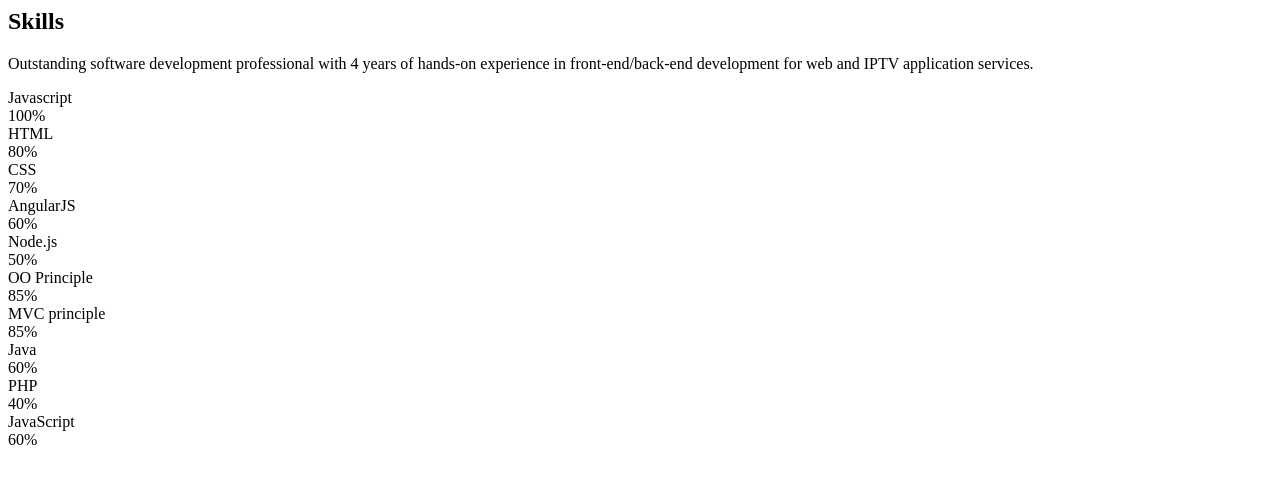
Repository: tulga1970/portfolio
Page: public/app/template/directive/resume/skill.html
The author's editor kept a record of every edit. The page is drawn from the files as they stood at one moment, then again after the next edit.
The browser window is 1280 px wide. The pictures show the whole page.

Above is the page before.

After the next edit:
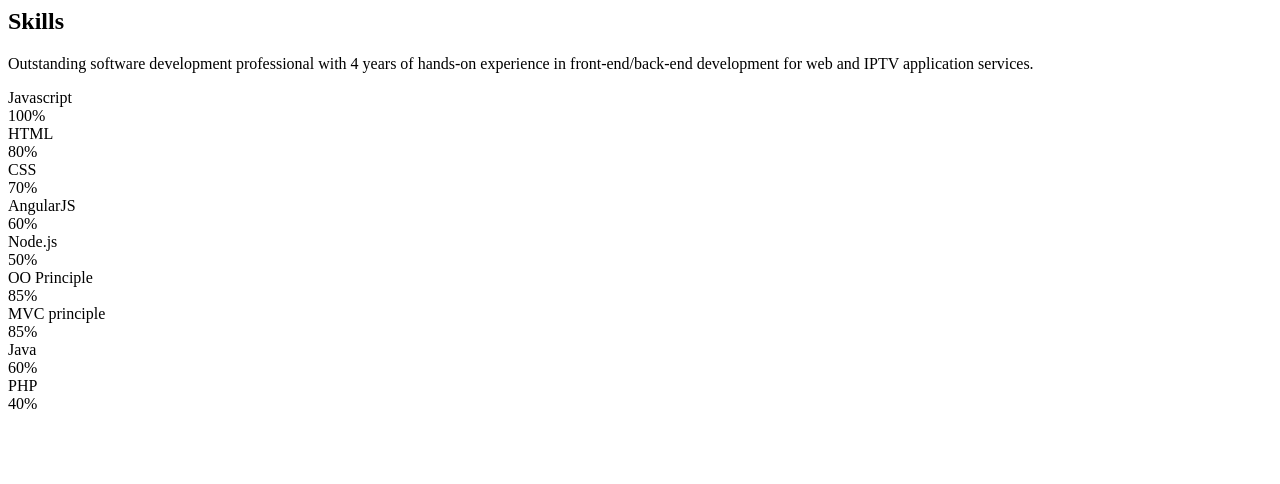
The edit:
--- a/public/app/template/directive/resume/skill.html
+++ b/public/app/template/directive/resume/skill.html
@@ -165,24 +165,6 @@
 								</div>
 							</div>
 							<!-- /single skill-->
-							<!-- single skill -->
-							<div class="single-skill">
-								<div class="after-li">
-									<div class="singel-hr">
-										<div class="singel-hr-inner" data-height="60%">
-											<div class="skill-visiable">
-												<span class="skill-title">JavaScript</span>
-												<div class="hr-wrap">
-													<div class="hrc"></div>
-												</div>
-											</div>
-										</div>
-										<span class="skill-count">60%</span>
-									</div>
-								</div>
-							</div>
-							<!-- /single skill-->
-							<!-- single skill -->
 						</div>
 					</div>
 				</div>
